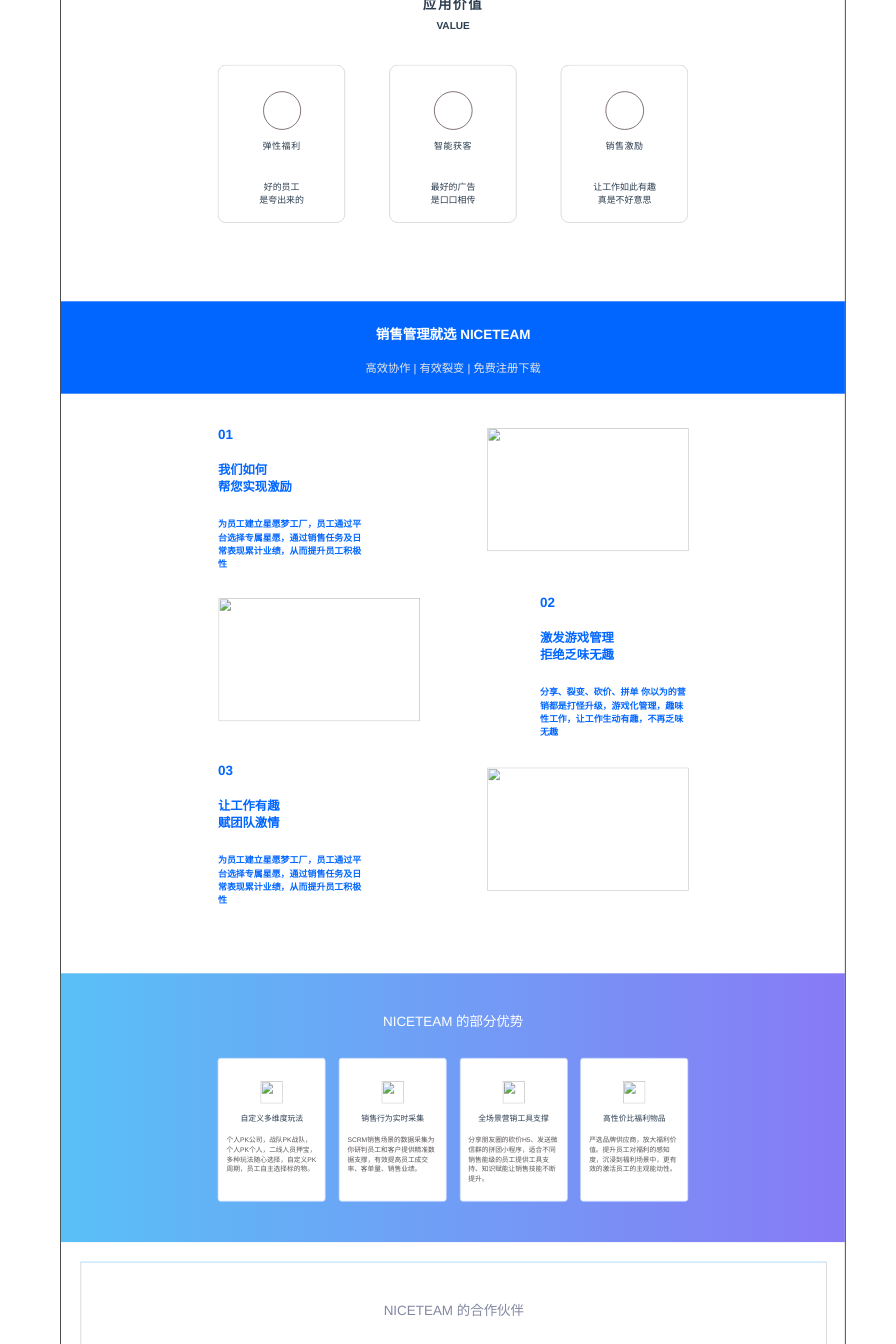
Repository: Alex-2020-0211/xrkj-guanwang
Page: / (app in src/)
These files come from the project's save history. The page is drawn as it stood at one moment and after the next save; the edit follows.
The browser window is 1280 px wide. The pictures show the part of the page from y = 458 to 2378 px (the page is 3028 px tall), at 70% of full size.
The project was rebuilt for these pictures with package versions that can differ from the ones it lists, and the page was loaded fresh each time. Imported but missing from the stored project, and not drawn on this page: src/src/views/About.vue.

Above is the page before, as saved 2021-01-04 13:43:44.

After the next save:
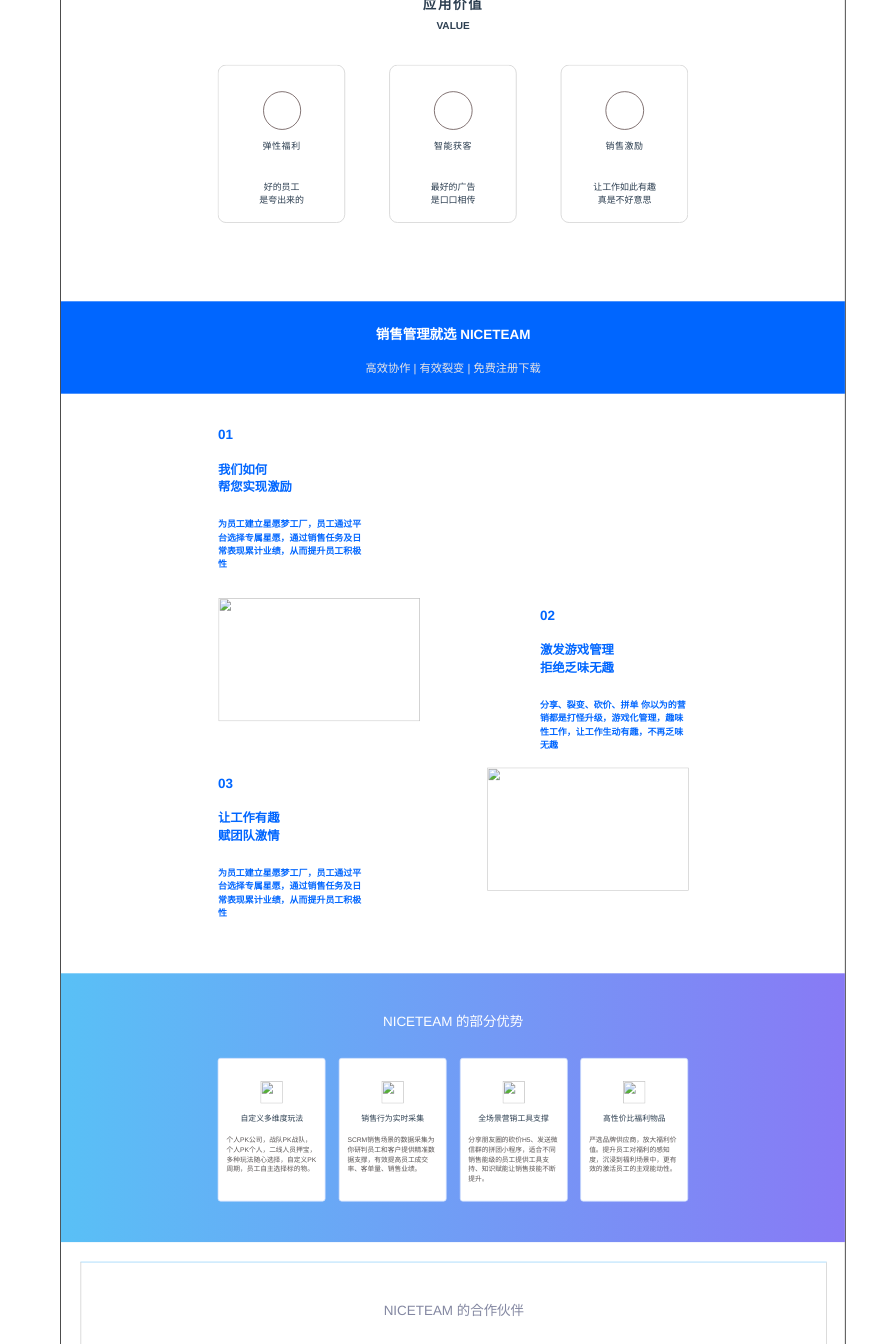
Saved 19 s later.
--- a/src/src/views/Home.vue
+++ b/src/src/views/Home.vue
@@ -55,7 +55,7 @@
             为员工建立星愿梦工厂，员工通过平台选择专属星愿，通过销售任务及日常表现累计业绩，从而提升员工积极性
           </p>
         </div>
-        <img class="img" src="" alt="" />
+        <el-image></el-image>
         <div class="means">
           <span class="sort" style="margin-left: 5.75rem;">02</span>
           <p style="margin-left: 5.75rem; width:2rem;">激发游戏管理</p>
